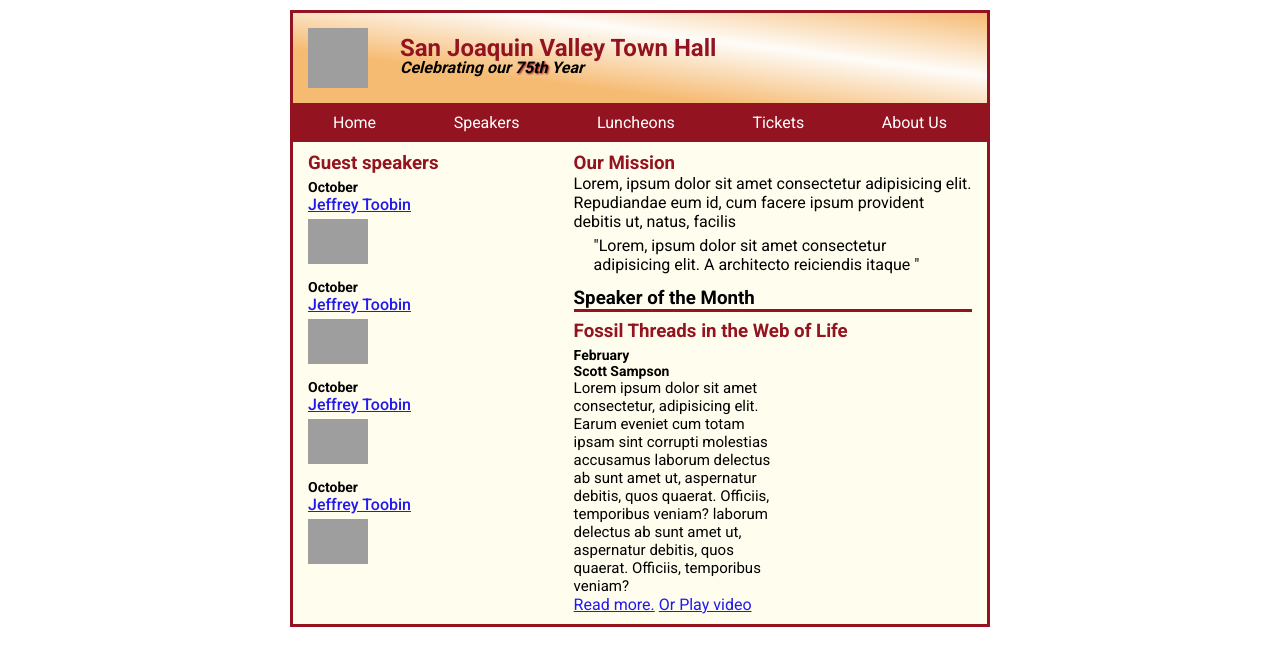
Repository: Mannj-nef/ex-5-6-7-8_IvVettech
Page: index.html
An editor plug-in stored every save of this project. The page is shown before and after the next save, followed by the edit.
The browser window is 1280 px wide. The pictures show the whole page.
Pictures or frames that could not be fetched are drawn as grey boxes.

Above is the page before, as saved 2022-03-24 22:46:22.

After the next save:
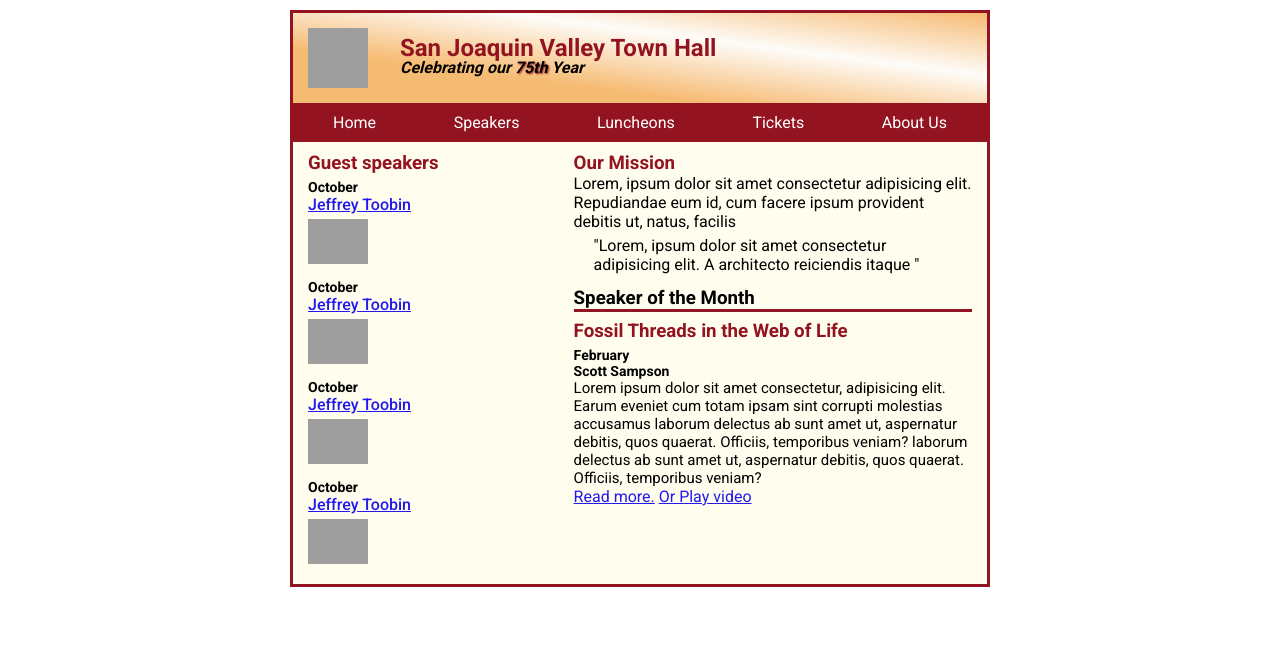
Saved 8 s later.
--- a/Asset/style.css
+++ b/Asset/style.css
@@ -132,7 +132,7 @@ html {
 }
 
 .constent-right__center-left {
-  width: 50%;
+  /* width: 50%; */
 }
 .center-left_title {
   margin-right: 10px;
